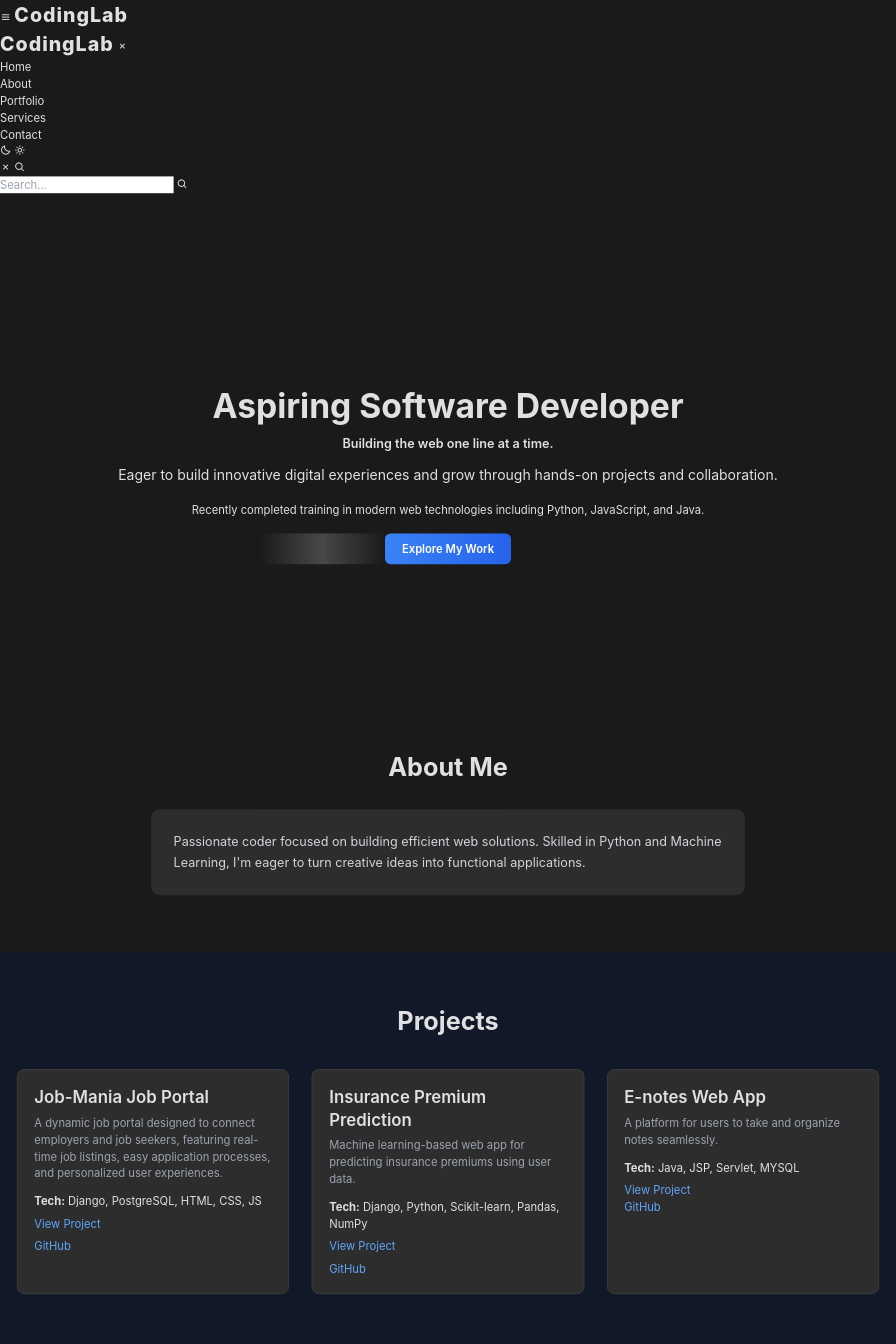
Repository: Sugaam0/Portfolio
Page: portfolio/home/templates/home/index.html
These files come from the project's save history. The page is drawn as it stood at one moment and after the next save; the edit follows.
The browser window is 1280 px wide. The pictures show the part of the page from y = 0 to 1920 px (the page is 3190 px tall before and 2914 px after), at 70% of full size.
The template is drawn by Django 5.2. The application's start-up code is not run. Other server files are loaded and not shown. The template is opened directly, without the code that normally fills it, so the values that code supplies are empty.

Above is the page before, as saved 2025-05-08 17:58:32.

### portfolio/home/templates/home/index.html
{% load static %}
<!DOCTYPE html>
<html lang="en">
<head>
  <meta charset="UTF-8" />
  <meta name="viewport" content="width=device-width, initial-scale=1.0"/>
  <title>| Sugam Acharya |</title>
  <link href="https://cdn.jsdelivr.net/npm/tailwindcss@2.2.19/dist/tailwind.min.css" rel="stylesheet"/>
  <link rel="stylesheet" href="https://cdnjs.cloudflare.com/ajax/libs/font-awesome/6.0.0-beta3/css/all.min.css"/>
  <link rel="stylesheet" href="{% static 'css/style.css' %}">
</head>
<body class="antialiased scroll-smooth">

{% include 	"home/navbar.html" %}
<!-- Hero Section -->
<section id="home" class="min-h-screen flex items-center justify-center pt-20">
  <div class="container mx-auto px-6 text-center">
    <h1 class="text-5xl font-bold mb-4">Aspiring Software Developer</h1>
    <p class="text-lg text-accent mb-4">
      <span id="typed-text" class="font-semibold">Building the web one line at a time.</span>
    </p>
    <p class="text-xl text-secondary mb-6">
      Eager to build innovative digital experiences and grow through hands-on projects and collaboration.
    </p>
    <p class="text-md text-secondary mb-8">
      Recently completed training in modern web technologies including Python, JavaScript, and Java.
    </p>
    <a href="#projects" class="btn-accent px-6 py-3 rounded-lg font-semibold">Explore My Work</a>
  </div>
</section>

<!-- About Section -->
<section id="about" class="py-20">
  <div class="container mx-auto px-6 max-w-4xl">
    <h2 class="text-4xl font-bold text-center mb-10">About Me</h2>
    <div class="section-bg p-8">
      <p class="text-lg leading-relaxed text-gray-300">
        Passionate coder focused on building efficient web solutions. Skilled in Python and Machine Learning, I'm eager to turn creative ideas into functional applications.
      </p>
    </div>
  </div>
</section>

<!-- Projects -->
<section id="projects" class="py-20 bg-gray-900">
    <div class="container mx-auto px-6">
      <h2 class="text-4xl font-bold text-center mb-12">Projects</h2>
      <div class="grid grid-cols-1 sm:grid-cols-2 lg:grid-cols-3 gap-8">
        <!-- Project Cards -->
        <div class="project-card section-bg p-6">
          <h3 class="text-2xl font-semibold mb-2">Job-Mania Job Portal</h3>
          <p class="text-gray-400 mb-4">A dynamic job portal designed to connect employers and job seekers, featuring real-time job listings, easy application processes, and personalized user experiences.</p>
          <p><strong>Tech:</strong> Django, PostgreSQL, HTML, CSS, JS</p>
          <a href="#" class="text-blue-400 hover:underline mt-2 inline-block">View Project</a><br>
          <a href="https://github.com/Sugaam0/JobMania-JobPortal" class="text-blue-400 hover:underline mt-2 inline-block" target="_blank">GitHub</a>
        </div>
        <div class="project-card section-bg p-6">
          <h3 class="text-2xl font-semibold mb-2">Insurance Premium Prediction</h3>
          <p class="text-gray-400 mb-4">Machine learning-based web app for predicting insurance premiums using user data.</p>
          <p><strong>Tech:</strong> Django, Python, Scikit-learn, Pandas, NumPy</p>
          <a href="#" class="text-blue-400 hover:underline mt-2 inline-block">View Project</a><br>
          <a href="https://github.com/Sugaam0/insurance-Premium-Prediction" class="text-blue-400 hover:underline mt-2 inline-block" target="_blank">GitHub</a>

        </div>
        <div class="project-card section-bg p-6">
            <h3 class="text-2xl font-semibold mb-2">E-notes Web App</h3>
            <p class="text-gray-400 mb-4">A platform for users to take and organize notes seamlessly.</p>
            <p><strong>Tech:</strong> Java, JSP, Servlet, MYSQL</p>
            <div class="mt-2">
                <a href="#" class="text-blue-400 hover:underline inline-block mr-4">View Project</a><br>
                <a href="https://github.com/Sugaam0/ProjectFinal-Online-Notepad" class="text-blue-400 hover:underline inline-block" target="_blank">GitHub</a>
            </div>
        </div>
      </div>
    </div>
  </section>


<!-- Skills -->
<section id="skills" class="py-20">
    <div class="container mx-auto px-6">
      <h2 class="text-4xl font-bold text-center mb-12">Skills</h2>
      <div class="section-bg p-8 grid grid-cols-2 md:grid-cols-5 gap-6 text-center text-gray-300">
        <div><i class="fab fa-python text-3xl mb-2 icon-hover"></i><p>Python</p></div>
        <div><i class="fab fa-js text-3xl mb-2 icon-hover"></i><p>JavaScript</p></div>
        <div><i class="fas fa-database text-3xl mb-2 icon-hover"></i><p>PostgreSQL</p></div>
        <div><i class="fab fa-git text-3xl mb-2 icon-hover"></i><p>Git</p></div>
        <div><i class="fas fa-database text-3xl mb-2 icon-hover"></i><p>MySQL</p></div>
        <div><i class="fas fa-chart-line text-3xl mb-2 icon-hover"></i><p>Data Science</p></div>
        <div><i class="fas fa-brain text-3xl mb-2 icon-hover"></i><p>Machine Learning</p></div>
        <div><i class="fab fa-python text-3xl mb-2 icon-hover"></i><p>Anaconda</p></div>
      </div>
    </div>
  </section>

<!-- Contact Section -->
<section id="contact" class="py-20 bg-gray-900">
  <div class="container mx-auto px-6">
    <h2 class="text-4xl font-bold text-center mb-12">Let's Connect</h2>
    <div class="contact-form p-8 max-w-lg mx-auto rounded-xl">
      <form action="{% url 'contact' %}" method="POST">
        {% csrf_token %}
        <div class="mb-6 relative">
          <input type="text" id="name" name="name" class="form-input w-full p-3 rounded-lg peer" placeholder=" " required>
          <label for="name" class="form-label absolute left-2 top-2 text-secondary">Your Name</label>
        </div>
        <div class="mb-6 relative">
          <input type="email" id="email" name="email" class="form-input w-full p-3 rounded-lg peer" placeholder=" " required>
          <label for="email" class="form-label absolute left-2 top-2 text-secondary">Your Email</label>
        </div>
        <div class="mb-6 relative">
          <textarea id="message" name="message" rows="5" class="form-input w-full p-3 rounded-lg peer" placeholder=" " required></textarea>
          <label for="message" class="form-label absolute left-3 top-2 text-secondary">Your Message</label>
        </div>
        <button type="submit" class="btn-accent w-full py-3 rounded-lg font-semibold flex items-center justify-center gap-2">
          <i class="fas fa-paper-plane"></i> Send Message
        </button>
      </form>
    </div>
  </div>
</section>

<!-- Footer -->
{% include "home/footer.html" %}
</body>
</html>

### portfolio/home/templates/home/navbar.html
{% comment %} <!-- Navbar -->
<nav class="navbar fixed top-0 w-full z-50">
    <div class="container mx-auto px-6 py-5 flex justify-between items-center">
      <a href="{% url 'index' %}" class="logo text-white">Sugam Acharya</a>
      <div class="space-x-6 text-sm font-medium">
        <a href="#about" class="nav-link">About</a>
        <a href="#projects" class="nav-link">Projects</a>
        <a href="#skills" class="nav-link">Skills</a>
        <a href="#contact" class="nav-link">Contact</a>
      </div>
    </div>
  </nav>
   {% endcomment %}
   <link href='https://unpkg.com/boxicons@2.1.1/css/boxicons.min.css' rel='stylesheet'>
   <nav>
    <div class="nav-bar">
        <i class='bx bx-menu sidebarOpen' ></i>
        <span class="logo navLogo"><a href="#">CodingLab</a></span>
        <div class="menu">
            <div class="logo-toggle">
                <span class="logo"><a href="#">CodingLab</a></span>
                <i class='bx bx-x siderbarClose'></i>
            </div>
            <ul class="nav-links">
                <li><a href="#">Home</a></li>
                <li><a href="#">About</a></li>
                <li><a href="#">Portfolio</a></li>
                <li><a href="#">Services</a></li>
                <li><a href="#">Contact</a></li>
            </ul>
        </div>
        <div class="darkLight-searchBox">
            <div class="dark-light">
                <i class='bx bx-moon moon'></i>
                <i class='bx bx-sun sun'></i>
            </div>
            <div class="searchBox">
               <div class="searchToggle">
                <i class='bx bx-x cancel'></i>
                <i class='bx bx-search search'></i>
               </div>
                <div class="search-field">
                    <input type="text" placeholder="Search...">
                    <i class='bx bx-search'></i>
                </div>
            </div>
        </div>
    </div>
</nav>

### portfolio/home/templates/home/footer.html
<footer class="bg-gray-800 py-6">
    <div class="container mx-auto px-6 text-center text-gray-400">
      <p>© 2025 Sugam Acharya. All rights reserved.</p>
      <div class="flex justify-center space-x-6 mt-4">
        <a href="https://github.com/Sugaam0" class="icon-hover" target="_blank"><i class="fab fa-github text-2xl"></i></a>
        <a href="https://www.linkedin.com/in/sugam-acharya-b1059a23b/" class="icon-hover" target="_blank"><i class="fab fa-linkedin text-2xl"></i></a>
        <a href="https://x.com/gaam_su" class="icon-hover" target="_blank"><i class="fab fa-twitter text-2xl"></i></a>
      </div>
    </div>
  </footer>

### portfolio/home/static/css/style.css
@import url('https://fonts.googleapis.com/css2?family=Poppins:wght@300;400;500;600&display=swap');

:root {
    --bg-primary: #1a1a1a;
    --bg-secondary: #2d2d2d;
    --text-primary: #e0e0e0;
    --text-secondary: #a0a0a0;
    --accent: #3b82f6;
    --accent-dark: #2563eb;
  }


  body {
    background-color: var(--bg-primary);
    color: var(--text-primary);
    font-family: 'Inter', sans-serif;
  }

   .navbar {
    background: linear-gradient(to bottom, var(--bg-secondary), rgba(45, 45, 45, 0.95));
    backdrop-filter: blur(8px);
    box-shadow: 0 2px 5px rgba(0, 0, 0, 0.3);
  }

  .nav-link {
    position: relative;
    padding-bottom: 0.25rem;
    transition: color 0.3s ease;
  }

  .nav-link::after {
    content: '';
    position: absolute;
    width: 0;
    height: 2px;
    bottom: 0;
    left: 0;
    background-color: var(--accent);
    transition: width 0.3s ease;
  }

  .nav-link:hover::after {
    width: 100%;
  }

  .nav-link:hover {
    color: var(--accent);
  }

  .logo {
    font-size: 1.75rem;
    font-weight: 800;
    letter-spacing: 0.05em;
    transition: transform 0.3s ease, color 0.3s ease;
  }

  .logo:hover {
    transform: scale(1.05);
    color: var(--accent);
  }

  .section-bg {
    background-color: var(--bg-secondary);
    border-radius: 0.75rem;
    transition: background-color 0.3s ease;
  }

  .section-bg:hover {
    background-color: #353535;
  }

  .btn-accent {
    background: linear-gradient(to right, var(--accent), var(--accent-dark));
    color: white;
    position: relative;
    overflow: hidden;
    transition: background 0.3s ease;
  }

  .btn-accent::before {
    content: '';
    position: absolute;
    top: 0;
    left: -100%;
    width: 100%;
    height: 100%;
    background: linear-gradient(90deg, transparent, rgba(255, 255, 255, 0.2), transparent);
    transition: 0.5s;
  }

  .btn-accent:hover::before {
    left: 100%;
  }

  .btn-accent:hover {
    background: linear-gradient(to right, var(--accent-dark), var(--accent));
  }

  .project-card {
    transition: transform 0.3s ease, box-shadow 0.3s ease, border-color 0.3s ease;
    border: 1px solid rgba(255, 255, 255, 0.1);
  }

  .project-card:hover {
    transform: translateY(-6px);
    box-shadow: 0 6px 25px rgba(0, 0, 0, 0.6);
    border-color: var(--accent);
  }

  .icon-hover {
    transition: transform 0.3s ease, color 0.3s ease;
  }

  .icon-hover:hover {
    transform: scale(1.2);
    color: var(--accent);
  }

  /* Enhanced Contact Form Styles */
      .contact-form {
          background: linear-gradient(145deg, var(--bg-secondary), #252525);
          border: 1px solid rgba(59, 130, 246, 0.3);
          box-shadow: 0 4px 15px rgba(0, 0, 0, 0.5);
          position: relative;
          overflow: hidden;
      }

      .contact-form::before {
          content: '';
          position: absolute;
          top: 0;
          left: 0;
          width: 100%;
          height: 100%;
          background: radial-gradient(circle at 10% 20%, rgba(59, 130, 246, 0.2) 0%, transparent 50%);
          pointer-events: none;
      }

      .form-input {
          background-color: #1f1f1f;
          border: 1px solid rgba(255, 255, 255, 0.1);
          transition: border-color 0.3s ease, box-shadow 0.3s ease;
      }

      .form-input:focus {
          border-color: var(--accent);
          box-shadow: 0 0 8px rgba(59, 130, 246, 0.3);
          outline: none;
      }

      .form-label {
          transition: color 0.3s ease;
      }

      .form-input:focus + .form-label,
      .form-input:not(:placeholder-shown) + .form-label {
          color: var(--accent);
          transform: translateY(-1.5rem);
          font-size: 0.8rem;
      }

      ::selection {
          background: var(--accent);
          color: white;
      }

After the next save:
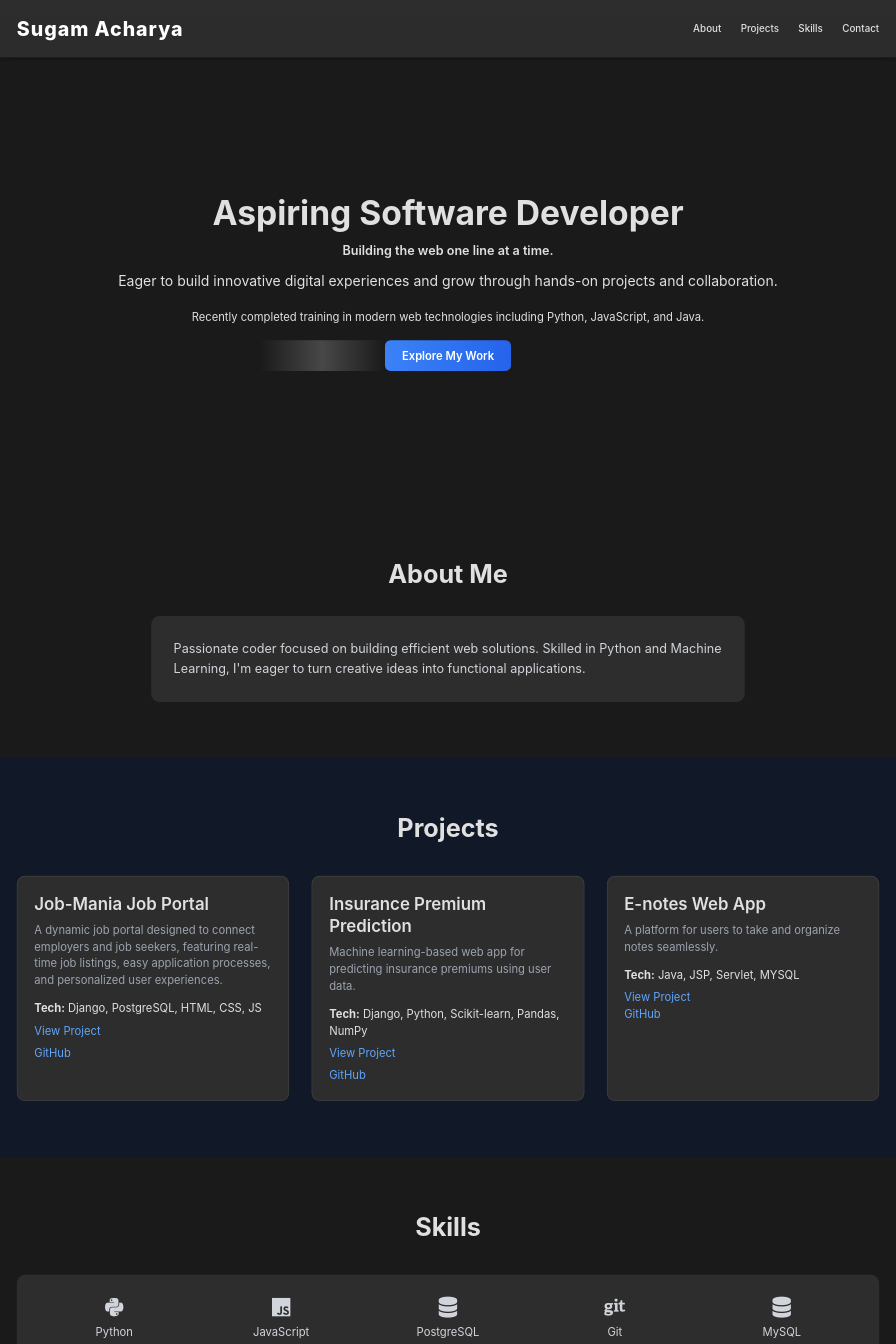
Saved 16 s later.
--- a/portfolio/home/templates/home/navbar.html
+++ b/portfolio/home/templates/home/navbar.html
@@ -1,4 +1,4 @@
-{% comment %} <!-- Navbar -->
+ <!-- Navbar -->
 <nav class="navbar fixed top-0 w-full z-50">
     <div class="container mx-auto px-6 py-5 flex justify-between items-center">
       <a href="{% url 'index' %}" class="logo text-white">Sugam Acharya</a>
@@ -10,40 +10,3 @@
       </div>
     </div>
   </nav>
-   {% endcomment %}
-   <link href='https://unpkg.com/boxicons@2.1.1/css/boxicons.min.css' rel='stylesheet'>
-   <nav>
-    <div class="nav-bar">
-        <i class='bx bx-menu sidebarOpen' ></i>
-        <span class="logo navLogo"><a href="#">CodingLab</a></span>
-        <div class="menu">
-            <div class="logo-toggle">
-                <span class="logo"><a href="#">CodingLab</a></span>
-                <i class='bx bx-x siderbarClose'></i>
-            </div>
-            <ul class="nav-links">
-                <li><a href="#">Home</a></li>
-                <li><a href="#">About</a></li>
-                <li><a href="#">Portfolio</a></li>
-                <li><a href="#">Services</a></li>
-                <li><a href="#">Contact</a></li>
-            </ul>
-        </div>
-        <div class="darkLight-searchBox">
-            <div class="dark-light">
-                <i class='bx bx-moon moon'></i>
-                <i class='bx bx-sun sun'></i>
-            </div>
-            <div class="searchBox">
-               <div class="searchToggle">
-                <i class='bx bx-x cancel'></i>
-                <i class='bx bx-search search'></i>
-               </div>
-                <div class="search-field">
-                    <input type="text" placeholder="Search...">
-                    <i class='bx bx-search'></i>
-                </div>
-            </div>
-        </div>
-    </div>
-</nav>
